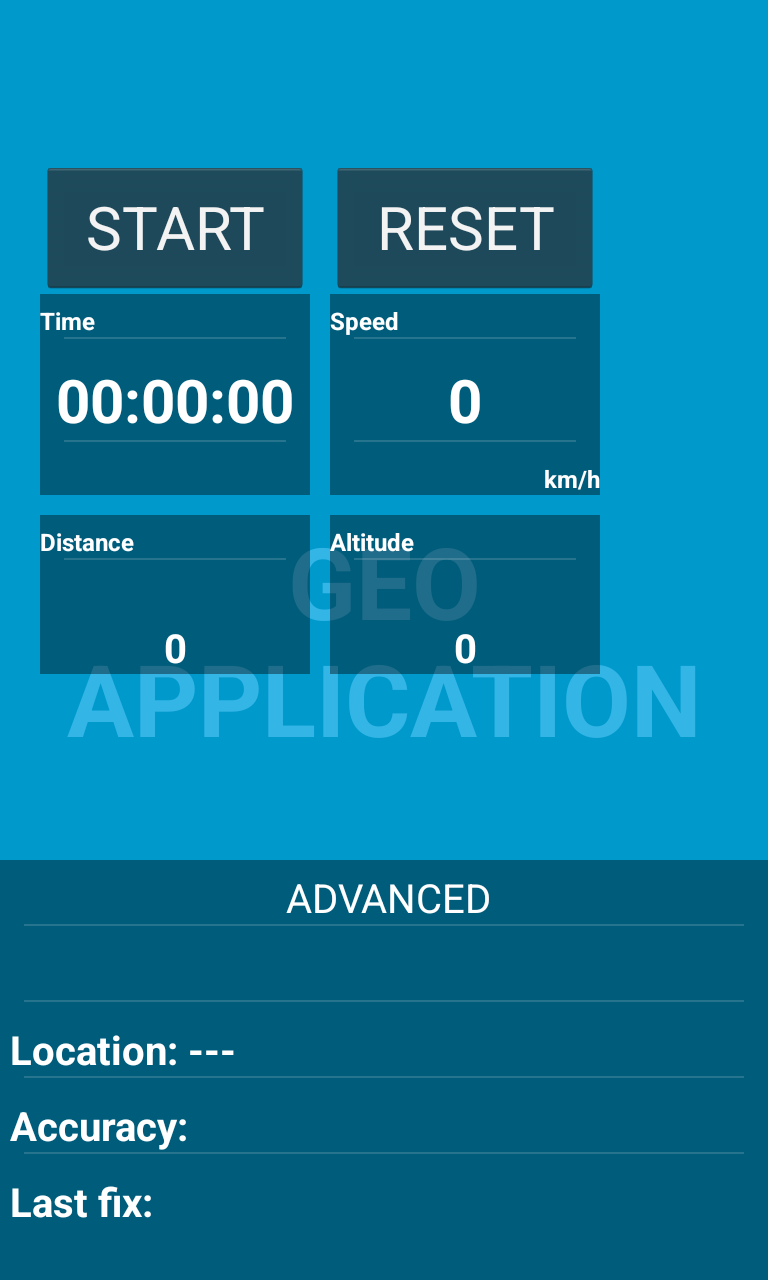
Repository: sebastianR1001/GeoApplication
Layout: GeoApplication/res/layout/activity_fullscreen.xml
These files come from the project's save history. The layout is drawn as it stood at one moment and after the next save; the edit follows.
It is drawn on a 768 x 1280 px phone screen (xhdpi) without system bars, with theme FullscreenTheme; the app's code is not run.

Above is the layout before, as saved 2014-10-24 18:42:44.

### GeoApplication/res/layout/activity_fullscreen.xml
<FrameLayout xmlns:android="http://schemas.android.com/apk/res/android"
    xmlns:tools="http://schemas.android.com/tools"
    android:layout_width="match_parent"
    android:layout_height="match_parent"
    android:background="#0099cc"
    tools:context="geo.geoapplication.FullscreenActivity" >

    <!--
         The primary full-screen view. This can be replaced with whatever view
         is needed to present your content, e.g. VideoView, SurfaceView,
         TextureView, etc.
    -->

    <TextView
        android:id="@+id/fullscreen_content"
        android:layout_width="match_parent"
        android:layout_height="match_parent"
        android:gravity="center"
        android:keepScreenOn="true"
        android:text="@string/geo_application"
        android:textColor="#33b5e5"
        android:textSize="50sp"
        android:textStyle="bold" />

     <TableLayout
        android:layout_width="wrap_content"
        android:layout_height="wrap_content"
        android:layout_marginTop="80dp"
        android:layout_marginLeft="10dp"
        android:layout_marginRight="10dp"  >

         <TableRow
            android:id="@+id/tableRow0"
            android:layout_width="wrap_content"
            android:layout_height="wrap_content"
            >

            <Button
		        android:id="@+id/startButton"
		        android:layout_width="135dp"
		        android:layout_height="67dp"
		        android:layout_marginLeft="10dp"
		        android:textSize="30sp"
		        android:text="@string/startButton" />

		     <Button
		        android:id="@+id/resetButton"
		        android:layout_width="135dp"
		        android:layout_height="67dp"
		        android:layout_marginRight="10dp"
		        android:layout_marginLeft="10dp"
		        android:textSize="30sp"
		        android:text="@string/resetButton" />

        </TableRow>

        <TableRow
            android:id="@+id/tableRow1"
            android:layout_width="wrap_content"
            android:layout_height="wrap_content"
            >

            <LinearLayout
		        android:id="@+id/timeLayout"
		        style="?metaButtonBarStyle"
		        android:layout_width="wrap_content"
		        android:layout_height="wrap_content"
		        android:layout_weight="5"
		        android:layout_marginLeft="10dp"
		        android:background="@color/black_overlay"
		        android:orientation="vertical"
		        tools:ignore="UselessParent" >

			    <TextView
			        android:layout_width="match_parent"
			        android:layout_height="match_parent"
			        android:layout_marginTop="5dp"
			        android:text="@string/timeText"
			        android:id="@+id/timeText"
			        android:textColor="#ffffff"
			        android:textSize="12sp"
			        android:textStyle="bold" />

			    <TextView
			        android:layout_width="match_parent"
			        android:layout_height="match_parent"
			        android:text="@string/time"
			        android:id="@+id/time"
			        android:layout_marginTop="10dp"
			        android:gravity="center"
			        android:textColor="#ffffff"
			        android:textSize="30sp"
			        android:textStyle="bold" />

			    <TextView
			        android:layout_width="match_parent"
			        android:layout_height="match_parent"
			        android:layout_marginTop="10dp"
			        android:textColor="#ffffff"
			        android:textSize="12sp"
			        android:textStyle="bold" />

	        </LinearLayout>

			<LinearLayout
		        android:id="@+id/speedLayout"
		        style="?metaButtonBarStyle"
		        android:layout_width="wrap_content"
		        android:layout_height="wrap_content"
		        android:layout_weight="5"
		        android:layout_marginRight="10dp"
		        android:layout_marginLeft="10dp"
		        android:background="@color/black_overlay"
		        android:orientation="vertical"
		        tools:ignore="UselessParent" >

			    <TextView
			        android:layout_width="match_parent"
			        android:layout_height="match_parent"
			        android:layout_marginTop="5dp"
			        android:text="@string/speedText"
			        android:id="@+id/speedText"
			        android:textColor="#ffffff"
			        android:textSize="12sp"
			        android:textStyle="bold" />

			    <TextView
			        android:layout_width="match_parent"
			        android:layout_height="match_parent"
			        android:text="@string/speed"
			        android:id="@+id/speed"
			        android:layout_marginTop="10dp"
			        android:gravity="center"
			        android:textColor="#ffffff"
			        android:textSize="30sp"
			        android:textStyle="bold" />

			    <TextView
			        android:layout_width="match_parent"
			        android:layout_height="match_parent"
			        android:layout_marginTop="10dp"
			        android:text="@string/speedUnit"
			        android:id="@+id/speedUnit"
			        android:textColor="#ffffff"
			        android:textSize="12sp"
			        android:gravity="right"
			        android:textStyle="bold" />

	        </LinearLayout>

        </TableRow>

        <TableRow
            android:id="@+id/tableRow4"
            android:layout_width="wrap_content"
            android:layout_height="wrap_content"
            android:layout_marginTop="10dp"
            >

            <LinearLayout
		        android:id="@+id/distanceLayout"
		        style="?metaButtonBarStyle"
		        android:layout_width="wrap_content"
		        android:layout_height="wrap_content"
		        android:layout_weight="5"
		        android:layout_marginLeft="10dp"
		        android:background="@color/black_overlay"
		        android:orientation="vertical"
		        tools:ignore="UselessParent" >

			    <TextView
			        android:layout_width="match_parent"
			        android:layout_height="match_parent"
			        android:layout_marginTop="5dp"
			        android:text="@string/distanceText"
			        android:id="@+id/distanceText"
			        android:textColor="#ffffff"
			        android:textSize="12sp"
			        android:textStyle="bold" />

			    <TextView
			        android:layout_width="match_parent"
			        android:layout_height="match_parent"
			        android:text="@string/distance"
			        android:id="@+id/distance"
			        android:layout_marginTop="30dp"
			        android:gravity="center"
			        android:textColor="#ffffff"
			        android:textSize="20sp"
			        android:textStyle="bold" />

	        </LinearLayout>

			<LinearLayout
		        android:id="@+id/elevationLayout"
		        style="?metaButtonBarStyle"
		        android:layout_width="wrap_content"
		        android:layout_height="wrap_content"
		        android:layout_weight="5"
		        android:layout_marginRight="10dp"
		        android:layout_marginLeft="10dp"
		        android:background="@color/black_overlay"
		        android:orientation="vertical"
		        tools:ignore="UselessParent" >

			    <TextView
			        android:layout_width="match_parent"
			        android:layout_height="match_parent"
			        android:layout_marginTop="5dp"
			        android:text="@string/altitudeText"
			        android:id="@+id/altitudeText"
			        android:textColor="#ffffff"
			        android:textSize="12sp"
			        android:textStyle="bold" />

			    <TextView
			        android:layout_width="match_parent"
			        android:layout_height="match_parent"
			        android:text="@string/altitude"
			        android:id="@+id/altitude"
			        android:layout_marginTop="30dp"
			        android:gravity="center"
			        android:textColor="#ffffff"
			        android:textSize="20sp"
			        android:textStyle="bold" />

	        </LinearLayout>

        </TableRow>

    </TableLayout>

	   <LinearLayout
	        android:id="@+id/advanced"
	        style="?metaButtonBarStyle"
	        android:layout_width="match_parent"
	        android:layout_height="210dp"
	        android:layout_gravity="bottom|center_horizontal"
	        android:background="@color/black_overlay"
	        android:orientation="vertical"
	        tools:ignore="UselessParent" >

	       <TextView
		        android:id="@+id/advancedInformation"
		        android:layout_width="wrap_content"
                android:layout_height="wrap_content"
                android:text="@string/advancedText"
		        android:paddingTop="5dp"
		        android:paddingLeft="5dp"
		        android:layout_gravity="top|center_horizontal"
		        android:textColor="#ffffff"
		        android:textSize="20sp" />

	       <TextView
		        android:id="@+id/gpsInformation"
		        android:layout_width="wrap_content"
                android:layout_height="wrap_content"
		        android:paddingTop="10dp"
		        android:paddingLeft="5dp"
		        android:textColor="#ffffff"
		        android:textSize="20sp" />

		    <TextView
		        android:id="@+id/viewLocation"
		        android:layout_width="wrap_content"
		        android:layout_height="wrap_content"
		        android:paddingTop="10dp"
		        android:paddingLeft="5dp"
		        android:keepScreenOn="true"
		        android:text="@string/location"
		        android:textColor="#ffffff"
		        android:textSize="20sp"
		        android:textStyle="bold" />

	        <TextView
		        android:layout_width="wrap_content"
                android:layout_height="wrap_content"
		        android:paddingTop="10dp"
		        android:paddingLeft="5dp"
		        android:text="@string/accuracy"
		        android:id="@+id/accuracy"
		        android:textColor="#ffffff"
		        android:textSize="20sp"
		        android:textStyle="bold" />

	        <TextView
		        android:layout_width="wrap_content"
                android:layout_height="wrap_content"
		        android:paddingTop="10dp"
		        android:paddingLeft="5dp"
		        android:text="@string/last_fix"
		        android:id="@+id/lastFix"
		        android:textColor="#ffffff"
		        android:textSize="20sp"
		        android:textStyle="bold" />

        </LinearLayout>


    <FrameLayout
        android:layout_width="match_parent"
        android:layout_height="match_parent"
        android:fitsSystemWindows="true" >

        <LinearLayout
            android:id="@+id/fullscreen_content_controls"
            style="?metaButtonBarStyle"
            android:layout_width="match_parent"
            android:layout_height="wrap_content"
            android:layout_gravity="bottom|center_horizontal"
            android:background="@color/black_overlay"
            android:orientation="horizontal"
            tools:ignore="UselessParent" >
        </LinearLayout>

        <requestFocus />


    </FrameLayout>
    <!--
         This FrameLayout insets its children based on system windows using
         android:fitsSystemWindows.
    -->

</FrameLayout>

### GeoApplication/res/values/strings.xml
<?xml version="1.0" encoding="utf-8"?>
<resources>

    <string name="app_name">GeoApplication</string>
    <string name="dummy_button">Dummy Button</string>
    <string name="dummy_content">DUMMY\nCONTENT</string>
    <string name="geo_application">GEO\nAPPLICATION</string>
    <string name="location">Location: ---</string>
    <string name="speedText">Speed</string>
    <string name="speed">0</string>
    <string name="speedUnit">km/h</string>
    <string name="time">00:00:00</string>
    <string name="timeText">Time</string>
    <string name="accuracy">Accuracy:</string>
    <string name="distance">0</string>
    <string name="distanceUnit">m</string>
    <string name="distanceText">Distance</string>
    <string name="altitude">0</string>
    <string name="altitudeUnit">0 AMSL</string>
    <string name="altitudeText">Altitude</string>
    <string name="last_fix">Last fix:</string>

    <string name="startButton">START</string>
    <string name="stopButton">STOP</string>
    <string name="resetButton">RESET</string>
    <string name="advancedText">ADVANCED</string>

</resources>

Loaded but not shown: GeoApplication/res/values-v11/styles.xml (common file); GeoApplication/res/values/styles.xml (common file); GeoApplication/res/values/colors.xml (common file)

After the next save:
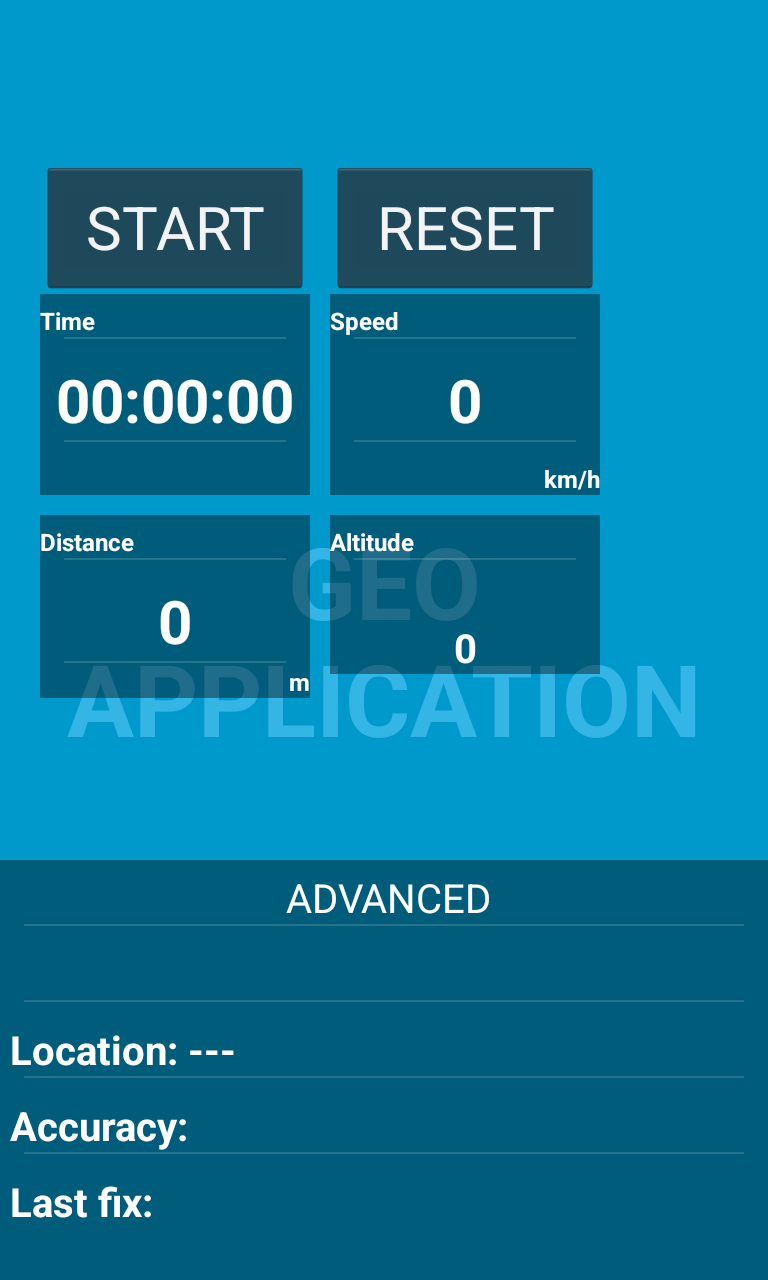
Saved 64 s later.
--- a/GeoApplication/res/layout/activity_fullscreen.xml
+++ b/GeoApplication/res/layout/activity_fullscreen.xml
@@ -183,10 +183,21 @@
 			        android:layout_height="match_parent"
 			        android:text="@string/distance"
 			        android:id="@+id/distance"
-			        android:layout_marginTop="30dp"
+			        android:layout_marginTop="10dp"
 			        android:gravity="center"
 			        android:textColor="#ffffff"
-			        android:textSize="20sp"
+			        android:textSize="30sp"
+			        android:textStyle="bold" />
+
+			    <TextView
+			        android:layout_width="match_parent"
+			        android:layout_height="match_parent"
+			        android:layout_marginTop="1dp"
+			        android:text="@string/distanceUnit"
+			        android:id="@+id/distanceText"
+			        android:textColor="#ffffff"
+			        android:gravity="right"
+			        android:textSize="12sp"
 			        android:textStyle="bold" />
 
 	        </LinearLayout>
